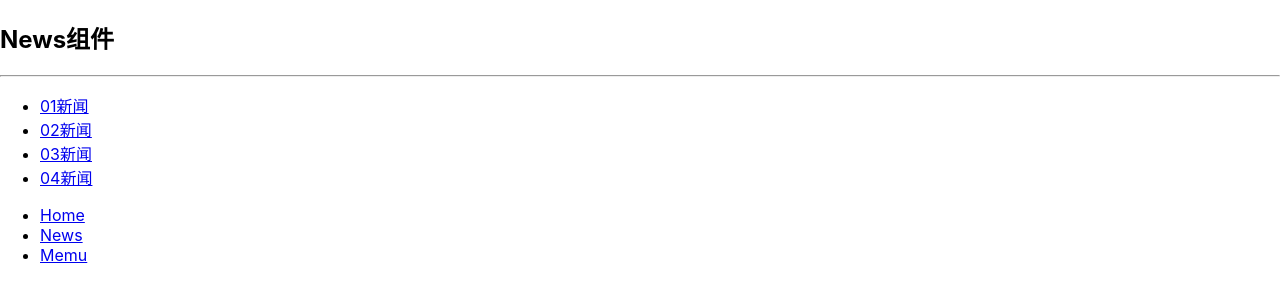
Repository: zhenzhen-gong/react-learning
Page: /news
The author's editor kept a copy of each file at every save. The page is drawn from the files as they stood at one save, then again after the next save.
The browser window is 1280 px wide. The pictures show the whole page.
The project was rebuilt for these pictures with package versions that can differ from the ones it lists, and the page was loaded fresh each time. Also part of the build but not shown: src/component/routerTest/home.js, src/component/routerTest/memu.js, src/component/routerTest/newsContent.js.

Above is the page before, as saved 2021-04-18 16:15:13.

After the next save:
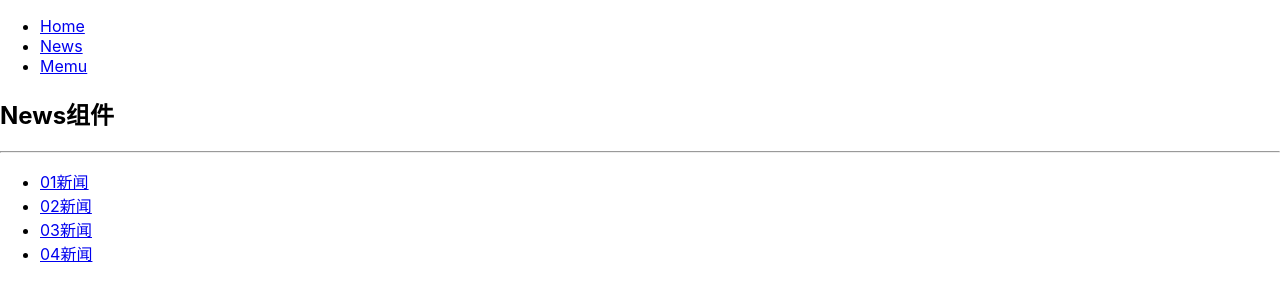
Saved 94 s later.
--- a/src/index.js
+++ b/src/index.js
@@ -15,17 +15,6 @@ import reportWebVitals from './reportWebVitals';
 
 ReactDOM.render(
   <Router>
-    {/*
-     <Route path='/'> <Home /> </Route>
-    <Route path='/news'> <News /> </Route>
-    <Route path='/memu'>  <Memu /> </Route>
-     */}
-     {/*exact 为严格匹配*/}
-     <Route exact  path='/' component={Home} />
-    <Route path='/news' component={News} />
-    <Route path='/memu' component={Memu} />
-    <Route path='/content/:aid' component={NewsContent} />
-
     <ul>
           <li>
             <Link to="/">Home</Link>
@@ -37,7 +26,16 @@ ReactDOM.render(
             <Link to="/memu">Memu</Link>
           </li>
     </ul>
-
+    {/*
+     <Route path='/'> <Home /> </Route>
+    <Route path='/news'> <News /> </Route>
+    <Route path='/memu'>  <Memu /> </Route>
+     */}
+     {/*exact 为严格匹配*/}
+     <Route exact  path='/' component={Home} />
+    <Route path='/news' component={News} />
+    <Route path='/memu' component={Memu} />
+    <Route path='/content/:aid' component={NewsContent} />
   </Router>,
   document.getElementById('root')
 );
